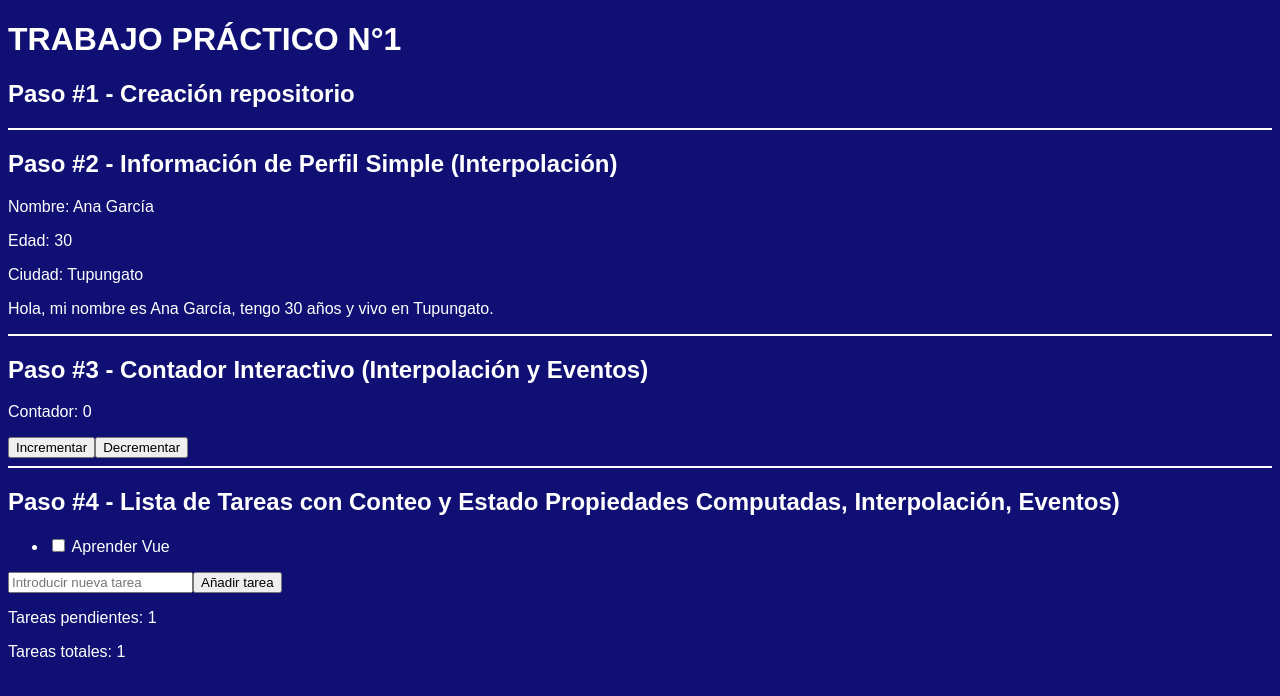
Repository: SofiaSferco/PWA
Page: practico01/index.html
An editor plug-in stored every save of this project. The page is shown before and after a run of saves, followed by the edit.
The browser window is 1280 px wide. The pictures show the whole page.

Above is the page before, as saved 2025-10-03 13:55:25.

### practico01/index.html
<!DOCTYPE html>
<html lang="en">
<head>
    <meta charset="UTF-8">
    <title>Trabajo Práctico 1</title>
    <script src="https://unpkg.com/vue@3/dist/vue.global.js"></script>
</head>
<body>
    <div id="app">
        <h1>TRABAJO PRÁCTICO N°1</h1>
        <h2>Paso #1 - Creación repositorio</h2>
        <hr>
        <h2>{{ segundopaso }}</h2>
            <p>Nombre: {{ nombre }}</p>
            <p>Edad: {{ edad }}</p>
            <p>Ciudad: {{ ciudad }}</p>
            <p>Hola, mi nombre es {{ nombre }}, tengo {{ edad }} años y vivo en {{ ciudad }}.</p>
        <hr>
        <h2>{{ tercerpaso }}</h2>
            <p>Contador: {{ contador }}</p>
            <button v-on:click="contador++">Incrementar</button>
            <button @click="contador--">Decrementar</button>
        <hr>
        <h2>{{cuartopaso}}</h2>
        <ul>
            <li v-for="tarea in tareas" :key="tarea.id"><input type="checkbox" v-model="tarea.completada"> {{tarea.texto}}</li>
        </ul>
        <input v-model="nuevaTarea" placeholder="Introducir nueva tarea">
        <button @click="agregarTarea">Añadir tarea</button>
        <p>Tareas pendientes: {{tareasPendientes}}</p>
        <p>Tareas totales: {{tareasTotales}}</p>



    </div>
    <script>
        const { createApp } = Vue;
        createApp({
            data() {
                return {
                    segundopaso: 'Paso #2 - Información de Perfil Simple (Interpolación)',
                    nombre: 'Ana García',
                    edad: 30,
                    ciudad: 'Tupungato',
                    tercerpaso: 'Paso #3 - Contador Interactivo (Interpolación y Eventos)',
                    contador: 0,
                    cuartopaso: 'Paso #4 - Lista de Tareas con Conteo y Estado Propiedades Computadas, Interpolación, Eventos)',
                    nuevaTarea: '',
                    tareas: [{
                        id: 1,
                        texto: "Aprender Vue",
                        completada: false
                    }
                    ]
               }
            }, methods: {
                agregarTarea() {
                    if (this.nuevaTarea != "") { //asi como está admite espacios y permito agregar tareas vacias si uso this.nuevaTarea.trim() ahi limito eso
                        this.tareas.push({
                            id: this.tareas.length +1,
                            texto: this.nuevaTarea,
                            completada: false
                        })
                        }
                    this.nuevaTarea = '';
                    }
                }, computed: {
                    tareasPendientes() {
                        return this.tareas.filter (tarea => !tarea.completada).length;
                    },
                     tareasTotales() {
                        return this.tareas.length;
                    }
                }
            },
        ).mount('#app');
    </script>
</body>
<style>
    body {
        font-family: Arial, Helvetica, sans-serif;
        background-color: rgb(16, 16, 116);
        color: #ffff;
    }
    h1,h2 {
        color: #ffff;
    }
    hr {
        border: 1px solid #ffff;
    }
    button {

    }
</style>
</html>

After the next 3 saves:
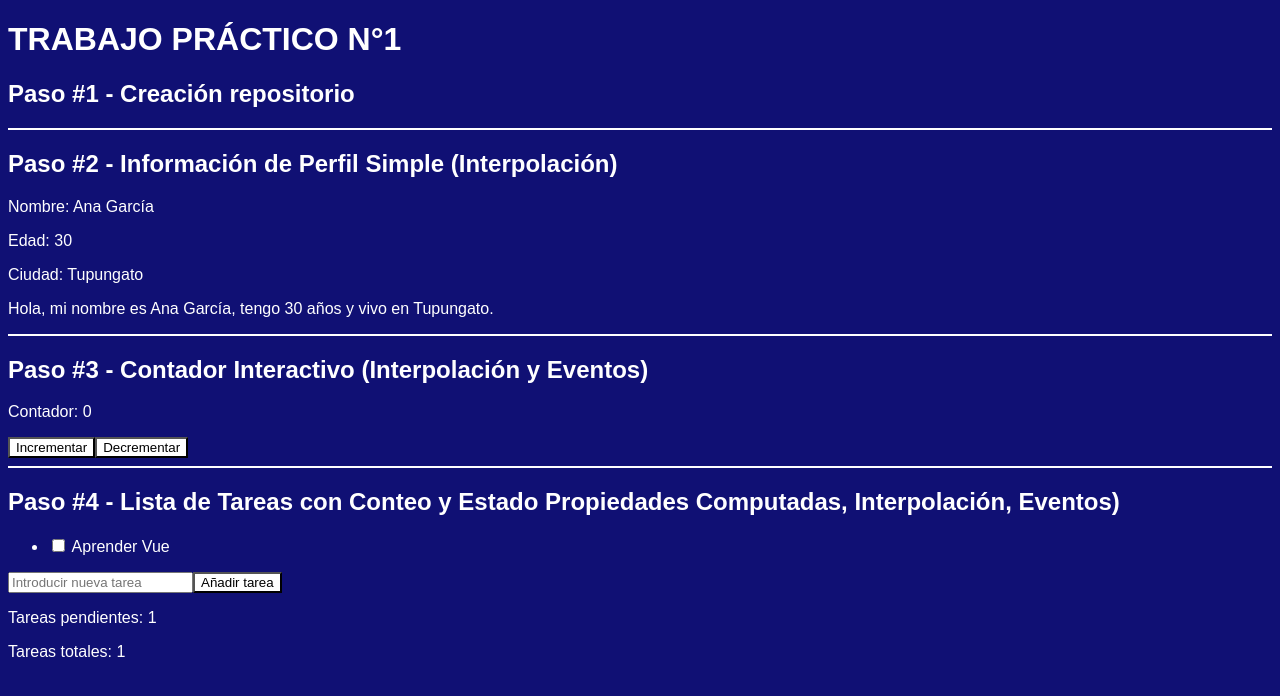
The 3 saves are shown as one change because they came seconds apart.
The last was saved 13 s later.
--- a/practico01/index.html
+++ b/practico01/index.html
@@ -89,7 +89,7 @@
         border: 1px solid #ffff;
     }
     button {
-
+        background-color: #ffff;
     }
 </style>
 </html>
